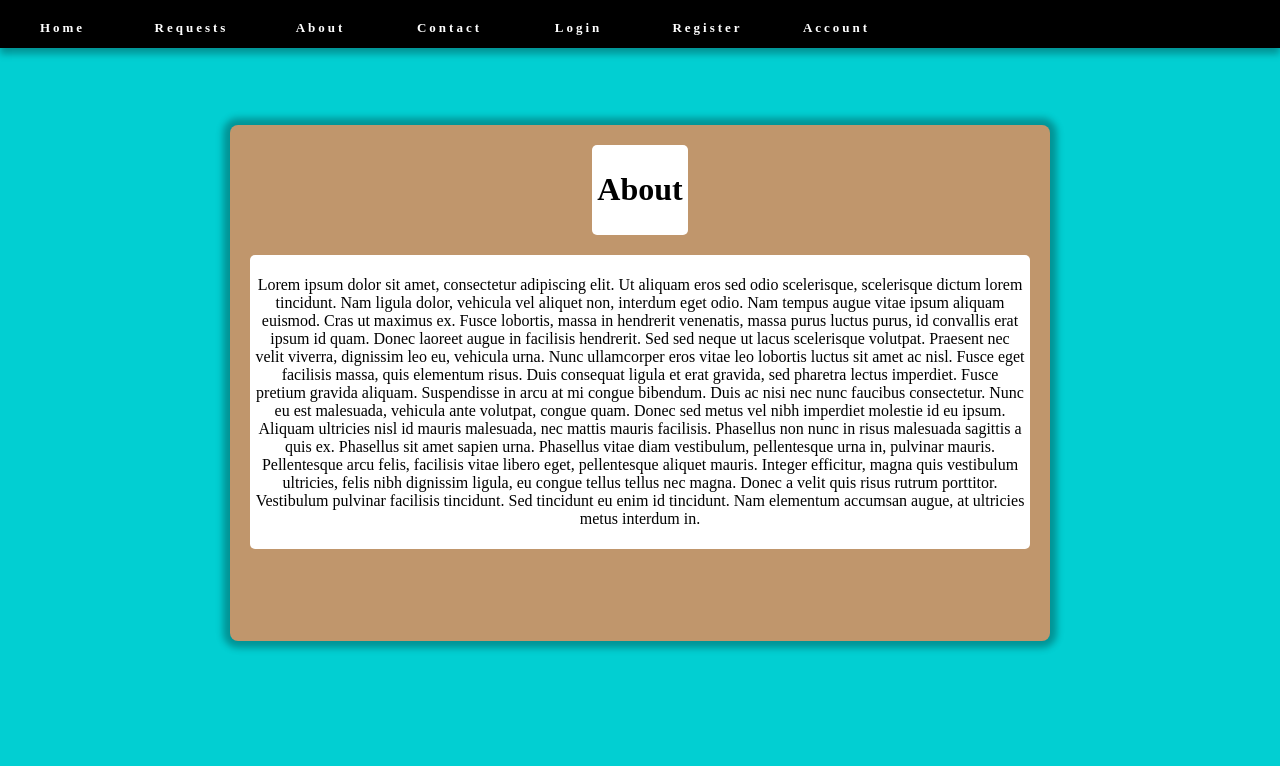
Repository: mailog/Tomorrow
Page: http://localhost/about
These files come from the project's save history. The page is drawn as it stood at one moment and after the next save; the edit follows.
The browser window is 1280 px wide. The pictures show the whole page.
The page is this project's Thymeleaf template; nobody is signed in. The template is opened directly, without the code that normally fills it, so the values that code supplies are empty.

Above is the page before, as saved 2017-07-30 06:28:27.

After the next save:
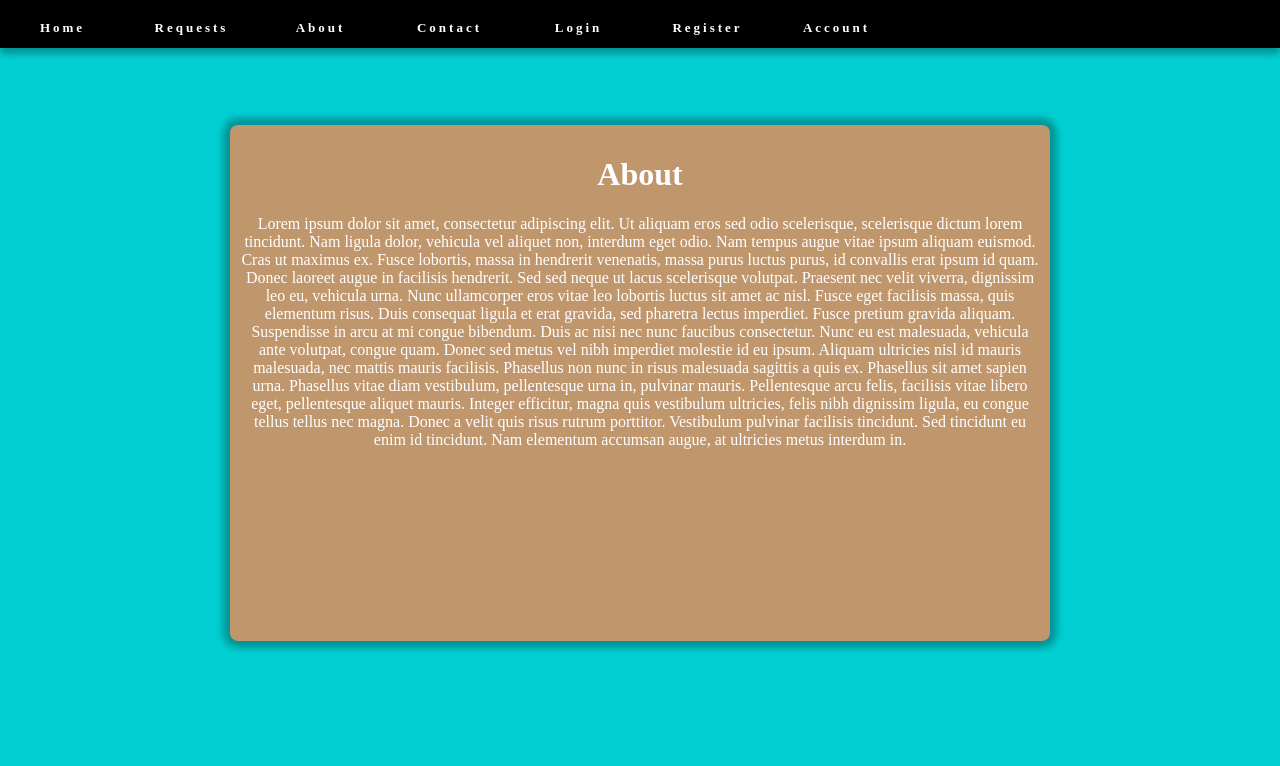
Saved 8 min 33 s later.
--- a/Tomorrow/src/main/resources/static/css/label.css
+++ b/Tomorrow/src/main/resources/static/css/label.css
@@ -1,4 +1,4 @@
-.label
+/*.label
 {
 	display:inline-block;
 	border-radius: 5px;
@@ -6,4 +6,4 @@
 	color:black;
 	margin: 10px;
 	padding: 5px;
-}
+}*/
